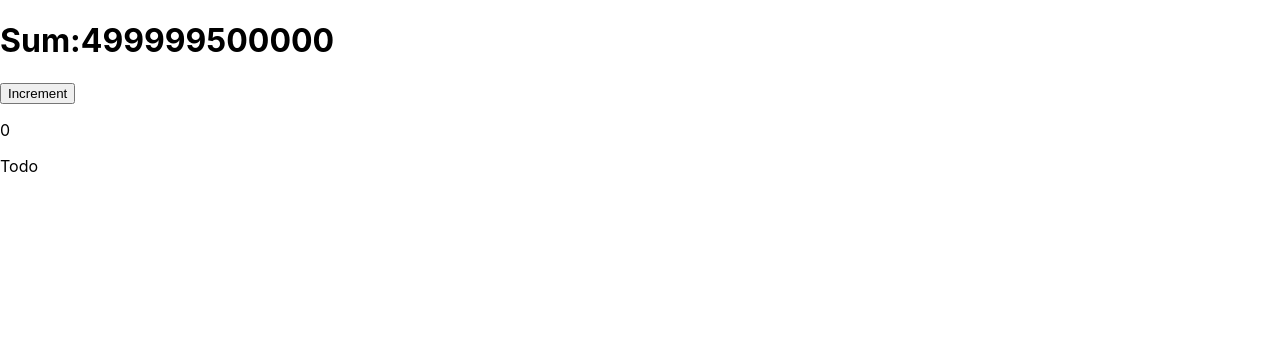
Repository: Aakash20bhatt/LearnReact
Page: /contact (app in performance/)
The author's editor kept a copy of each file at every save. The page is drawn from the files as they stood at one save, then again after the next save.
The browser window is 1280 px wide. The pictures show the whole page.
The project was rebuilt for these pictures with package versions that can differ from the ones it lists, and the page was loaded fresh each time. Also part of the build but not shown: performance/src/App.css.

Above is the page before, as saved 2024-09-14 20:43:57.

### performance/src/index.js
import React from 'react';
import ReactDOM from 'react-dom/client';
import './index.css';
// import App from './App';
import LazyApp from './LazyApp';

const root = ReactDOM.createRoot(document.getElementById('root'));
root.render(
    <LazyApp/>
);

### performance/src/LazyApp.js
// import { BrowserRouter, Route, Routes } from 'react-router-dom';
// import NavBar from './Components/NavBar'
// import { Suspense, lazy } from 'react';
import './App.css';
import LargeArraySum from './Components/LargeArraySum';
import Todo from './Components/Todo';

// const HomePage = lazy(()=>(import('./Components/HomePage')));
// const ContactPage = lazy(()=>(import('./Components/ContactPage')))
// const AboutPage = lazy(()=>(import('./Components/AboutPage')))

function LazyApp(){

    return(
        // <BrowserRouter>
        //     <NavBar/>
        //     <Suspense fallback={<div>...Loading</div>}>
        //         <Routes>
        //                 <Route path="/" element={<HomePage/>}/>
        //                 <Route path="/contact" element={<ContactPage/>}/>
        //                 <Route path="/about" element={<AboutPage/>}/>
        //         </Routes>
        //     </Suspense>
        // </BrowserRouter>
        <>
            <LargeArraySum/>
            <Todo/>
        </>
    )

}

export default LazyApp;

### performance/src/Components/LargeArraySum.jsx
import {useState,useMemo} from 'react'

const generateLargeArray = ()=>{
    const largeArray = [];
    console.log("Generating Array")
    for(let i=0; i<1000000; i++){
        largeArray.push(i);
    }
    return largeArray;
}

const sumArray = (arr)=>{
    console.log("Calculating Sum...");
    return arr.reduce((acc,curr)=>acc+curr,0);
}
export default function LargeArraySum(){
    const [count, setCount] = useState(0);
    const largeArray = useMemo(()=>generateLargeArray(),[]); // Invoke Callback only on mounting
    const sum = useMemo(()=>sumArray(largeArray),[]);

    return (
        <>
            <h1>Sum:{sum}</h1>
            <button onClick={()=>setCount(count+1)}>Increment</button>
            <p>{count}</p>
        </>
    )
}

### performance/src/Components/Todo.jsx
import React from 'react';

export default function Todo(){
    return(
        <div>Todo</div>
    )
}

Loaded but not shown: performance/public/index.html (common file); performance/src/index.css (common file)

After the next save:
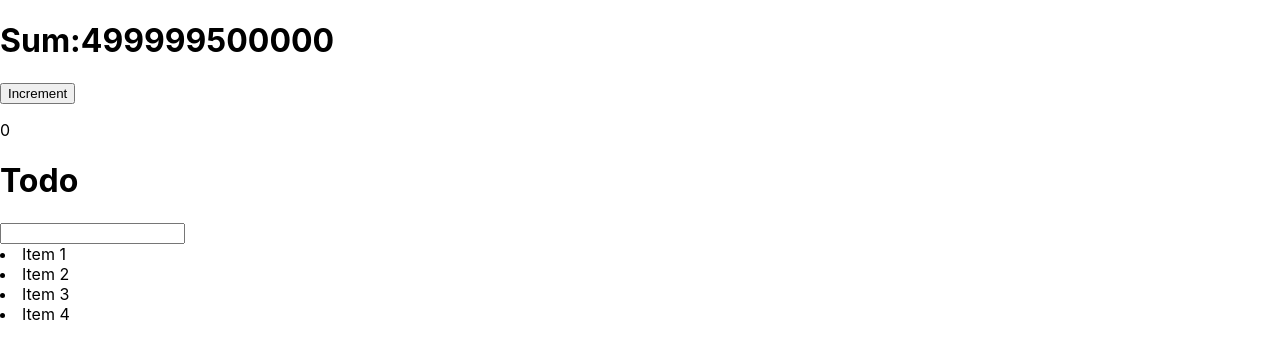
Saved 63 min 19 s later.
--- a/performance/src/Components/Todo.jsx
+++ b/performance/src/Components/Todo.jsx
@@ -1,7 +1,18 @@
-import React from 'react';
+import React, { useState } from 'react';
 
 export default function Todo(){
+    const [list,setList] = useState(['Item 1', 'Item 2', 'Item 3', 'Item 4']);
+    const [todo, setTodo] = useState('');
+
     return(
-        <div>Todo</div>
+        <div>
+            <h1>Todo</h1>
+            <div>
+                <input value={todo} type="text" onChange={(e)=>setTodo(e.target.value)}/>
+            </div>
+            {list.map((item)=>{
+                return <li key={item}>{item}</li>
+            })}
+        </div>
     )
 }
